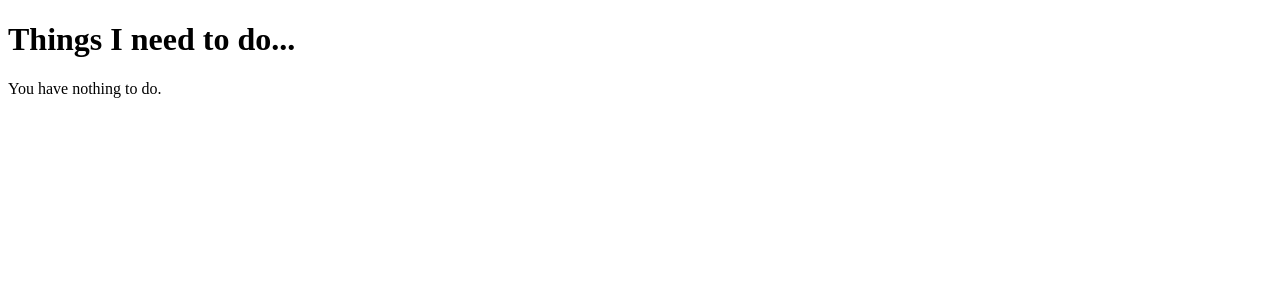
Repository: stiofanEimeid/ci-solutions
Page: http://localhost/
The author's editor kept a record of every edit. The page is drawn from the files as they stood at one moment, then again after the next edit.
The browser window is 1280 px wide. The pictures show the whole page.
The page is served by the project's application, run on Django 2.2 (manage.py). Other server files are loaded and not shown. Queries for data that is not in the repository find no rows.

Above is the page before.

### todo/views.py
from django.shortcuts import render, HttpResponse, redirect, get_object_or_404
from .models import Item
from .forms import ItemForm

# Create your views here.
def get_todo_list(request):
    results = Item.objects.all()
    return render(request, "todo_list.html", {'items': results})

def create_an_item(request):
    if request.method=="POST":
        form = ItemForm(request.POST, request.FILES)
        if form.is_valid():
            form.save()
            return redirect(get_todo_list)
    else:
        form = ItemForm()

    return render(request, 'item_form.html', {'form': form})

def edit_an_item(request, id):
    item = get_object_or_404(Item, pk=id)

    if request.method=="POST":
        form = ItemForm(request.POST, instance=item)
        if form.is_valid():
            form.save()
            return redirect(get_todo_list)
    else:
        form = ItemForm(instance=item)

    return render(request, 'item_form.html', {'form': form})

def toggle_status(request, id):
    item = get_object_or_404(Item, pk=id)
    item.done = not item.done
    item.save()
    return redirect(get_todo_list)

### todo/templates/todo_list.html
<!DOCTYPE html>
<html lang="en">
<head>
    <meta charset="UTF-8">
    <meta name="viewport" content="width=device-width, initial-scale=1.0">
    <meta http-equiv="X-UA-Compatible" content="ie=edge">
    <title>Document</title>
</head>
<body>
    <h1>Things I need to do...</h1>

    <table>
        {% for item in items %}
        <tr>
            {% if item.done %}
            <td><strike>{{ item.name }}</strike></td>
            {% else %}
            <td>{{ item.name }}</td>
            {% endif %}
        </tr>
        {% empty %}
        <p>You have nothing to do.</p>

        {% endfor %}

    </table>

</body>
</html>

### django_todo/urls.py
"""django_todo URL Configuration

The `urlpatterns` list routes URLs to views. For more information please see:
    https://docs.djangoproject.com/en/1.11/topics/http/urls/
Examples:
Function views
    1. Add an import:  from my_app import views
    2. Add a URL to urlpatterns:  url(r'^$', views.home, name='home')
Class-based views
    1. Add an import:  from other_app.views import Home
    2. Add a URL to urlpatterns:  url(r'^$', Home.as_view(), name='home')
Including another URLconf
    1. Import the include() function: from django.conf.urls import url, include
    2. Add a URL to urlpatterns:  url(r'^blog/', include('blog.urls'))
"""
from django.conf.urls import url
from django.contrib import admin
from todo.views import get_todo_list, create_an_item, edit_an_item, toggle_status

urlpatterns = [
    url(r'^admin/', admin.site.urls),
    url(r'^$', get_todo_list),
    url(r'^add$', create_an_item),
    url(r'^edit/(?P<id>\d+)$', edit_an_item),
    url(r'^toggle/(?P<id>\d+)$', toggle_status)
]

After the next edit:
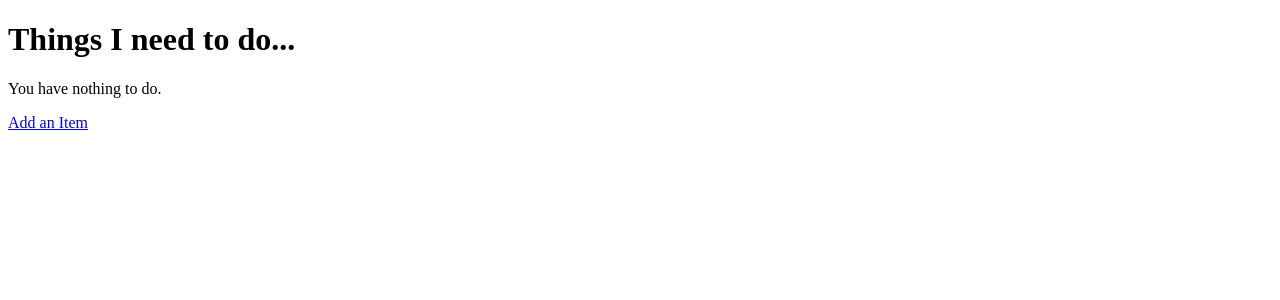
The edit:
--- a/todo/templates/todo_list.html
+++ b/todo/templates/todo_list.html
@@ -25,5 +25,7 @@
 
     </table>
 
+    <a href="add">Add an Item</a>
+
 </body>
 </html>
